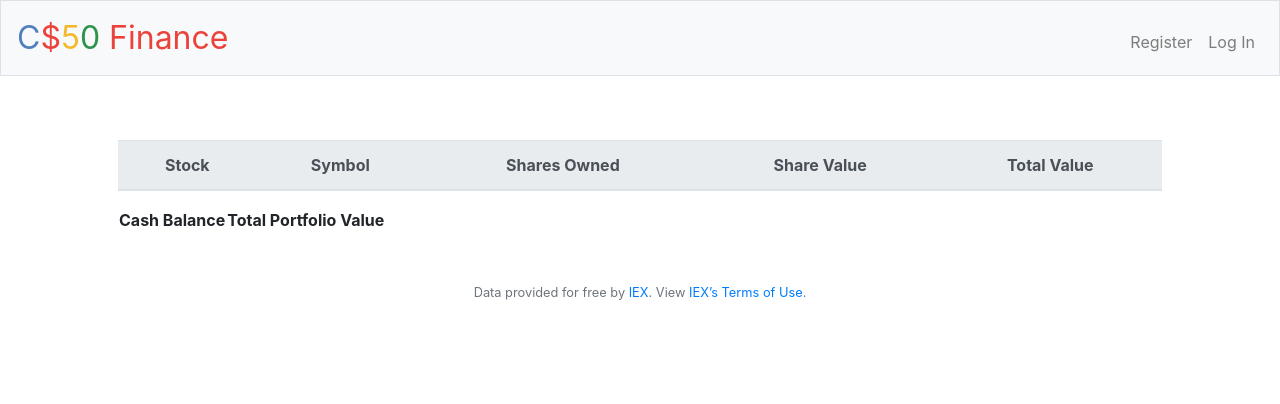
Repository: RyanMCollins/cs50
Page: pset8/finance/templates/index.html
The author's editor kept a record of every edit. The page is drawn from the files as they stood at one moment, then again after the next edit.
The browser window is 1280 px wide. The pictures show the whole page.
The page is served by the project's application, run on Flask 3 (pset8/finance/application.py). Other server files are loaded and not shown. The template is opened directly, without the code that normally fills it, so the values that code supplies are empty.

Above is the page before.

### pset8/finance/templates/index.html
{% extends "layout.html" %}

{% block title %}
    Register
{% endblock %}

{% block main %}
    <table id="list" class="table">
        <thead class="thead-light">
        <table id="list" class="table">
        <thead class="thead-light">
        <tr>
            <th>Stock</th>
            <th>Symbol</th>
            <th>Shares Owned</th>
            <th>Share Value</th>
            <th>Total Value</th>
        </tr>
        {{ rows | safe }}
        </thead>
    </table>
    <table>
        <tr>
            <th>Cash Balance</th>
            <th>Total Portfolio Value</th>
        </tr>
        <tr>
            <th>{{ cash }}</th>
            <th>{{ portfolio }}</th>
        </tr>
    </table>
{% endblock %}

### pset8/finance/templates/layout.html
<!DOCTYPE html>

<html lang="en">

    <head>

        <!-- Required meta tags -->
        <meta charset="utf-8">
        <meta name="viewport" content="width=device-width, initial-scale=1, shrink-to-fit=no">

        <!-- documentation at http://getbootstrap.com/docs/4.1/, alternative themes at https://bootswatch.com/ -->
        <link href="https://maxcdn.bootstrapcdn.com/bootstrap/4.1.3/css/bootstrap.min.css" rel="stylesheet">

        <!-- https://favicon.io/emoji-favicons/money-mouth-face/ -->
        <link href="/static/favicon.ico" rel="icon">

        <link href="/static/styles.css" rel="stylesheet">

        <script src="https://code.jquery.com/jquery-3.3.1.min.js"></script>
        <script src="https://cdnjs.cloudflare.com/ajax/libs/popper.js/1.14.3/umd/popper.min.js"></script>
        <script src="https://maxcdn.bootstrapcdn.com/bootstrap/4.1.3/js/bootstrap.min.js"></script>

        <title>C$50 Finance: {% block title %}{% endblock %}</title>

    </head>

    <body>

        <nav class="navbar navbar-expand-md navbar-light bg-light border">
            <a class="navbar-brand" href="/"><span class="blue">C</span><span class="red">$</span><span class="yellow">5</span><span class="green">0</span> <span class="red">Finance</span></a>
            <button aria-controls="navbar" aria-expanded="false" aria-label="Toggle navigation" class="navbar-toggler" data-target="#navbar" data-toggle="collapse" type="button">
                <span class="navbar-toggler-icon"></span>
            </button>
            <div class="collapse navbar-collapse" id="navbar">
                {% if session.user_id %}
                    <ul class="navbar-nav mr-auto mt-2">
                        <li class="nav-item"><a class="nav-link" href="/quote">Quote</a></li>
                        <li class="nav-item"><a class="nav-link" href="/buy">Buy</a></li>
                        <li class="nav-item"><a class="nav-link" href="/sell">Sell</a></li>
                        <li class="nav-item"><a class="nav-link" href="/transfer">Transfer</a></li>
                        <li class="nav-item"><a class="nav-link" href="/history">History</a></li>
                    </ul>
                    <ul class="navbar-nav ml-auto mt-2">
                        <li class="nav-item"><a class="nav-link" href="/logout">Log Out</a></li>
                    </ul>
                {% else %}
                    <ul class="navbar-nav ml-auto mt-2">
                        <li class="nav-item"><a class="nav-link" href="/register">Register</a></li>
                        <li class="nav-item"><a class="nav-link" href="/login">Log In</a></li>
                    </ul>
                {% endif %}
            </div>
        </nav>

        {% if get_flashed_messages() %}
            <header>
                <div class="alert alert-primary border text-center" role="alert">
                    {{ get_flashed_messages() | join(" ") }}
                </div>
            </header>
        {% endif %}

        <main class="container p-5">
            {% block main %}{% endblock %}
        </main>

        <footer class="small text-center text-muted">
            Data provided for free by <a href="https://iextrading.com/developer">IEX</a>. View <a href="https://iextrading.com/api-exhibit-a/">IEX’s Terms of Use</a>.
        </footer>

    </body>

</html>

### pset8/finance/application.py
import os

from cs50 import SQL
from flask import Flask, flash, jsonify, redirect, render_template, request, session
from flask_session import Session
from tempfile import mkdtemp
from werkzeug.exceptions import default_exceptions, HTTPException, InternalServerError
from werkzeug.security import check_password_hash, generate_password_hash

from helpers import apology, login_required, lookup, usd

# Configure application
app = Flask(__name__)

# Ensure templates are auto-reloaded
app.config["TEMPLATES_AUTO_RELOAD"] = True


# Ensure responses aren't cached
@app.after_request
def after_request(response):
    response.headers["Cache-Control"] = "no-cache, no-store, must-revalidate"
    response.headers["Expires"] = 0
    response.headers["Pragma"] = "no-cache"
    return response


# Custom filter
app.jinja_env.filters["usd"] = usd

# Configure session to use filesystem (instead of signed cookies)
app.config["SESSION_FILE_DIR"] = mkdtemp()
app.config["SESSION_PERMANENT"] = False
app.config["SESSION_TYPE"] = "filesystem"
Session(app)

# Configure CS50 Library to use SQLite database
db = SQL("sqlite:///finance.db")


@app.route("/")
@login_required
def index():
    """Show portfolio of stocks"""

    # Get user id
    user_id = session["user_id"]

    # Get account balance
    user_balance = getuserbalance(user_id)

    # Get user stock info from db
    stocks = db.execute("SELECT stock, shares FROM shares WHERE user_id = :user_id", user_id=user_id)

    total_share_value = 0
    rows = ""

    # For each stock
    for stock in stocks:

        # Get stock name, sumbol and share value
        name, symbol, share_price = getstockinfo(stock["stock"])

        # Calculate value of all owned shares
        shares = stock["shares"]
        user_shares_value = share_price * shares

        # Add value of all owned shares to total share value
        total_share_value += user_shares_value

        # Add stock name, symbol, shares owned, share value and value of all owned shares to html sequence
        rows += "<tr><th>" + name + "</th><th>" + symbol + "</th><th>" + str(shares) + "</th><th>" + usd(share_price) \
                + "</th><th>" + usd(user_shares_value) + "</th></tr>"

    # Add total share value to account balance for total value
    total_value = usd(total_share_value + user_balance)
    user_balance = usd(user_balance)

    return render_template("index.html", rows=rows, cash=user_balance, portfolio=total_value)


@app.route("/buy", methods=["GET", "POST"])
@login_required
def buy():
    """Buy shares of stock"""
    # User reached route via POST (as by submitting a form via POST)
    if request.method == "POST":

        # Get username
        user_id = session["user_id"]

        # Get form data
        symbol = request.form.get("symbol")
        shares = request.form.get("shares")

        if not symbol:
            return apology("Stock not specified. Your order was cancelled")
        elif not shares:
            return apology("Number of shares not specified. Your order was cancelled")

        if not shares.isnumeric():
            return apology("Illegal character in shares field. Your order was cancelled")

        if "." in shares:
            return apology("Number of shares must be an integer. Your order was cancelled")

        shares = int(shares)

        if shares < 1:
            return apology("Not a valid number of shares. Your order was cancelled")

        # Get share price and symbol
        _, symbol, share_price = getstockinfo(symbol)
        if symbol == None:
            return apology("Stock Symbol Invalid")

        price = share_price * shares

        # Check that user can afford transaction
        user_balance = getuserbalance(user_id)
        if price > user_balance:
            return apology("Account balance is insufficient. Your order was cancelled")

        # Subtract transaction price from user's account
        new_balance = user_balance - price
        updateusercash(new_balance, user_id)

        # Add transaction to database
        addtransaction(user_id, symbol, shares, share_price, "buy")

        # Check if the user has shares of that stock
        has_shares = check_shares(user_id, symbol)

        if has_shares:

            # Update share count
            prev_shares = getshares(symbol, user_id)
            new_shares = shares + prev_shares
            updateshares(new_shares, user_id, symbol)

        else:

            # Insert information
            insertshares(user_id, symbol, shares)

        return redirect("/")

    else:
        return render_template("buy.html")


@app.route("/check", methods=["GET"])
def check():
    """Return true if username available, else false, in JSON format"""

    username = request.args.get("username")

    # Check that username is not taken
    is_taken = not (0 == db.execute("SELECT COUNT(id) FROM users WHERE username = :username",
                                    username=username)[0]['COUNT(id)'])

    is_valid = (not is_taken) and len(username) > 0
    if is_valid:
        return jsonify(True)
    else:
        return jsonify(False)


@app.route("/history")
@login_required
def history():
    """Show history of transactions"""

    # Get user id
    user_id = session["user_id"]

    # Get user transaction info from db
    transactions = db.execute("SELECT * FROM transactions WHERE user_id = :user_id", user_id=user_id)

    rows = ""

    # For each transaction
    for transaction in transactions:

        # Extract information
        date_time = transaction["date_time"]
        symbol = transaction["stock"]
        shares = transaction["shares"]
        share_price = transaction["share_price"]
        order_type = transaction["order_type"]

        # Get stock name
        name, _, _ = getstockinfo(symbol)

        # Calculate order value
        order_value = share_price * shares

        # Add date/time, stock name, symbol, shares exchanged, share value, order value, order type to html sequence
        rows += "<tr><th>" + date_time + "</th><th>" + name + "</th><th>" + symbol + "</th><th>" + str(shares) + "</th><th>" \
            + usd(share_price) + "</th><th>" + usd(order_value) + "</th><th>" + order_type + "</th></tr>"

    return render_template("history.html", rows=rows)


@app.route("/login", methods=["GET", "POST"])
def login():
    """Log user in"""

    # Forget any user_id
    session.clear()

    # User reached route via POST (as by submitting a form via POST)
    if request.method == "POST":

        # Ensure username was submitted
        if not request.form.get("username"):
            return apology("must provide username", 403)

        # Ensure password was submitted
        elif not request.form.get("password"):
            return apology("must provide password", 403)

        # Query database for username
        rows = db.execute("SELECT * FROM users WHERE username = :username",
                          username=request.form.get("username"))

        # Ensure username exists and password is correct
        if len(rows) != 1 or not check_password_hash(rows[0]["hash"], request.form.get("password")):
            return apology("invalid username and/or password", 403)

        # Remember which user has logged in
        session["user_id"] = rows[0]["id"]

        # Redirect user to home page
        return redirect("/")

    # User reached route via GET (as by clicking a link or via redirect)
    else:
        return render_template("login.html")


@app.route("/logout")
def logout():
    """Log user out"""

    # Forget any user_id
    session.clear()

    # Redirect user to login form
    return redirect("/")


@app.route("/quote", methods=["GET", "POST"])
@login_required
def quote():
    """Get stock quote."""

    if request.method == "POST":

        # Get symbol
        symbol = request.form.get("symbol")

        # Lookup stock information
        name, symbol, price = getstockinfo(symbol)

        if name == None:
            return apology("Stock Symbol Invalid")

        return render_template("quoted.html", name=name, symbol=symbol, price=usd(price))

    else:
        return render_template("quote.html")


@app.route("/register", methods=["GET", "POST"])
def register():
    """Register user"""

    if request.method == "POST":

        # Ensure username was submitted
        if not request.form.get("username"):
            return apology("must provide username")

        # Ensure password was submitted
        elif not request.form.get("password"):
            return apology("must provide password")

        # Ensure confirmation was submitted
        elif not request.form.get("confirmation"):
            return apology("must provide password confirmation")

        # Forget any user_id
        session.clear()

        # Get username and password
        username = request.form.get("username")
        password = request.form.get("password")
        confirmation = request.form.get("confirmation")

        # Check that username is not taken
        is_taken = not (0 == db.execute("SELECT COUNT(id) FROM users WHERE username = :username",
                                        username=username)[0]['COUNT(id)'])

        if is_taken:
            return apology("username is already in use.")

        # Check that passwords match
        if password != confirmation:
            return apology("passwords do not match")

        # Create password hash
        password = generate_password_hash(password)

        # Add new user to database
        db.execute("INSERT INTO users ('username', 'hash') VALUES (:username, :password)", username=username, password=password)

        # Query database for username
        rows = db.execute("SELECT * FROM users WHERE username = :username", username=username)

        # Remember which user has logged in
        session["user_id"] = rows[0]["id"]

        return render_template("quote.html")

    else:
        return render_template("register.html")


@app.route("/sell", methods=["GET", "POST"])
@login_required
def sell():
    """Sell shares of stock"""

    # Get user_id
    user_id = session["user_id"]

    # User reached route via POST (as by submitting a form via POST)
    if request.method == "POST":

        # Get form data
        symbol = request.form.get("symbol")
        shares = request.form.get("shares")

        if not symbol:
            return apology("Stock not specified. Your order was cancelled")
        elif not shares:
            return apology("Number of shares not specified. Your order was cancelled")

        shares = int(shares)

        if shares < 1:
            return apology("Not a valid number of shares. Your order was cancelled")

        # Get share price and symbol
        _, symbol, share_price = getstockinfo(symbol)
        if symbol == None:
            return apology("Stock Symbol Invalid")

        price = share_price * shares

        # Check if the user has shares of that stock
        has_shares = check_shares(user_id, symbol)

        if not has_shares:
            return apology("You do not own any shares of this stock. Your order was cancelled")

        # Check that user has sufficient shares
        shares_owned = getshares(symbol, user_id)

        if shares > shares_owned:
            return apology("You do not own enough shares. Your order was cancelled")

        # Add transaction price to user's account
        user_balance = getuserbalance(user_id)
        new_balance = user_balance + price
        updateusercash(new_balance, user_id)

        # Add transaction to database
        addtransaction(user_id, symbol, shares, share_price, "sell")

        # Update user's shares in database
        if shares == shares_owned:
            deleteshares(user_id, symbol)
        else:
            new_shares = shares_owned - shares
            updateshares(new_shares, user_id, symbol)

        return redirect("/")

    else:

        # Get list of user stocks from database
        stocks = db.execute("SELECT stock FROM shares WHERE user_id = :user_id", user_id=user_id)

        options = ""

        for stock in stocks:
            symbol = stock["stock"]

            # Add symbol to select menu
            options += "<option value='" + symbol + "'>" + symbol + "</option>"

        return render_template("sell.html", options=options)


@app.route("/transfer", methods=["GET", "POST"])
@login_required
def transfer():
    """Transfer shares to another user"""

    # User reached route via POST (as by submitting a form via POST)
    if request.method == "POST":

        # Get user_id
        user_id = session["user_id"]

        # Get form data
        symbol = request.form.get("symbol")
        shares = request.form.get("shares")
        transferee = request.form.get("transferee")

        if not symbol:
            return apology("Stock not specified. Your order was cancelled")
        elif not shares:
            return apology("Number of shares not specified. Your order was cancelled")
        elif not transferee:
            return apology("Username not specified. Your order was cancelled")

        shares = int(shares)

        # Get updated symbol and share price
        _, symbol, share_price = getstockinfo(symbol)
        if symbol == None:
            return apology("Stock Symbol Invalid")

        # Check that transferee exists
        is_user = not (0 == db.execute("SELECT COUNT(username) FROM users WHERE username = :username",
                                       username=transferee)[0]["COUNT(username)"])

        if not is_user:
            return apology("User does not exist. Your transfer was cancelled")

        transferee_id = db.execute("SELECT id FROM users WHERE username = :username",
                                   username=transferee)[0]["id"]

        # Check that user is not transferring to self
        if user_id == transferee_id:
            return apology("You cannot transfer to yourself")

        # Check if the user has shares of that stock
        has_shares = check_shares(user_id, symbol)

        if not has_shares:
            return apology("You do not own any shares of this stock. Your order was cancelled")

        # Check that user has sufficient shares
        shares_owned = getshares(symbol, user_id)

        if shares > shares_owned:
            return apology("You do not own enough shares. Your order was cancelled")

        # Update user's shares in database
        if shares == shares_owned:
            deleteshares(user_id, symbol)
        else:
            new_shares = shares_owned - shares
            updateshares(new_shares, user_id, symbol)

        # Add transaction to database for user
        addtransaction(user_id, symbol, shares, share_price, "transfer_send")

        # Update transferee's shares in database
        has_shares = check_shares(transferee_id, symbol)

        if has_shares:

            # Update share count
            prev_shares = getshares(symbol, transferee_id)
            new_shares = shares + prev_shares
            updateshares(new_shares, transferee_id, symbol)

        else:

            # Insert information
            insertshares(transferee_id, symbol, shares)

        # Add transaction to database for transferee
        addtransaction(transferee_id, symbol, shares, share_price, "transfer_receive")

        return redirect("/history")
    else:
        return render_template("transfer.html")


def getuserbalance(id):
    """Return cash balance of id"""
    return db.execute("SELECT cash FROM users WHERE id = :user_id", user_id=id)[0]["cash"]


def getstockinfo(symbol):
    """Get name, proper symbol, and share price of stock"""

    stockInfo = lookup(symbol)

    if stockInfo == None:
        return (None, None, None)

    name = stockInfo["name"]
    symbol = stockInfo["symbol"]
    share_price = stockInfo["price"]

    return (name, symbol, share_price)


def updateusercash(balance, id):
    """Update the user's cash balance"""
    db.execute("UPDATE users SET cash = :balance WHERE id = :user_id", balance=balance, user_id=id)
    return True


def updateshares(new_shares, user_id, symbol):
    """Update shares in database"""
    db.execute("UPDATE shares SET shares = :new_shares WHERE user_id = :user_id AND stock = :symbol",
               new_shares=new_shares, user_id=user_id, symbol=symbol)


def addtransaction(user_id, symbol, shares, share_price, order_type):
    """Add transaction to database"""
    return db.execute("INSERT INTO transactions ('user_id', 'stock', 'shares', 'share_price', 'order_type') \
                        VALUES (:user_id, :symbol, :shares, :share_price, :order_type)",
                      user_id=user_id, symbol=symbol, shares=shares, share_price=share_price, order_type=order_type)


def check_shares(user_id, symbol):
    """Check if user has any shares of stock"""
    return not (0 == db.execute("SELECT COUNT(stock) FROM shares WHERE user_id = :user_id AND stock = :symbol",
                                user_id=user_id, symbol=symbol)[0]['COUNT(stock)'])


def getshares(symbol, user_id):
    """Get number of shares user has of stock"""
    return db.execute("SELECT shares FROM shares WHERE stock = :symbol AND user_id = :user_id",
                      symbol=symbol, user_id=user_id)[0]["shares"]


def insertshares(user_id, symbol, shares):
    """Insert new share info into database"""
    return db.execute("INSERT INTO shares ('user_id', 'stock', 'shares') VALUES (:user_id, :symbol, :shares)",
                      user_id=user_id, symbol=symbol, shares=shares)


def deleteshares(user_id, symbol):
    """Delete share info from database"""
    db.execute("DELETE FROM shares WHERE user_id = :user_id AND stock = :symbol", user_id=user_id, symbol=symbol)


def errorhandler(e):
    """Handle error"""
    if not isinstance(e, HTTPException):
        e = InternalServerError()
    return apology(e.name, e.code)


# Listen for errors
for code in default_exceptions:
    app.errorhandler(code)(errorhandler)

Loaded but not shown: pset8/finance/static/styles.css (common file)

After the next edit:
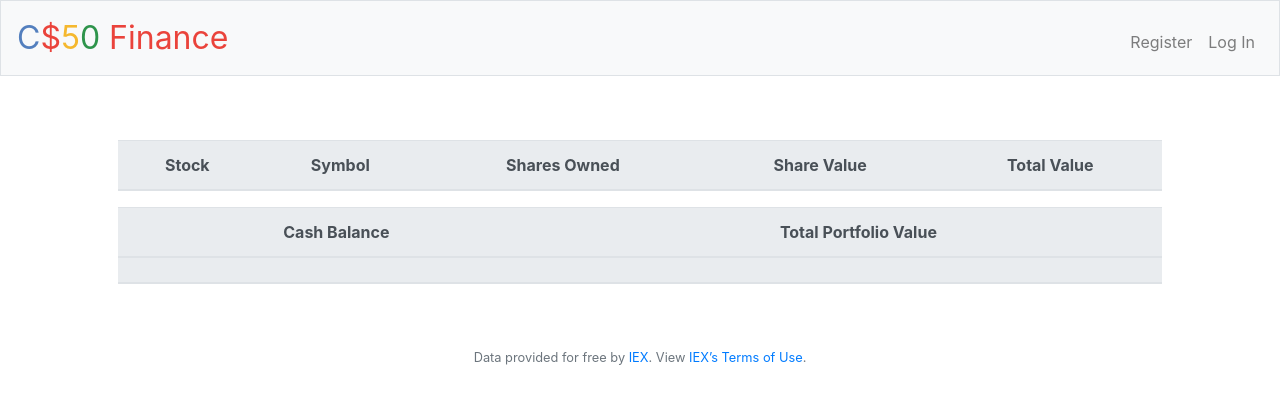
The edit:
--- a/pset8/finance/templates/index.html
+++ b/pset8/finance/templates/index.html
@@ -19,7 +19,8 @@
         {{ rows | safe }}
         </thead>
     </table>
-    <table>
+    <table id="list" class="table">
+        <thead class="thead-light">
         <tr>
             <th>Cash Balance</th>
             <th>Total Portfolio Value</th>
